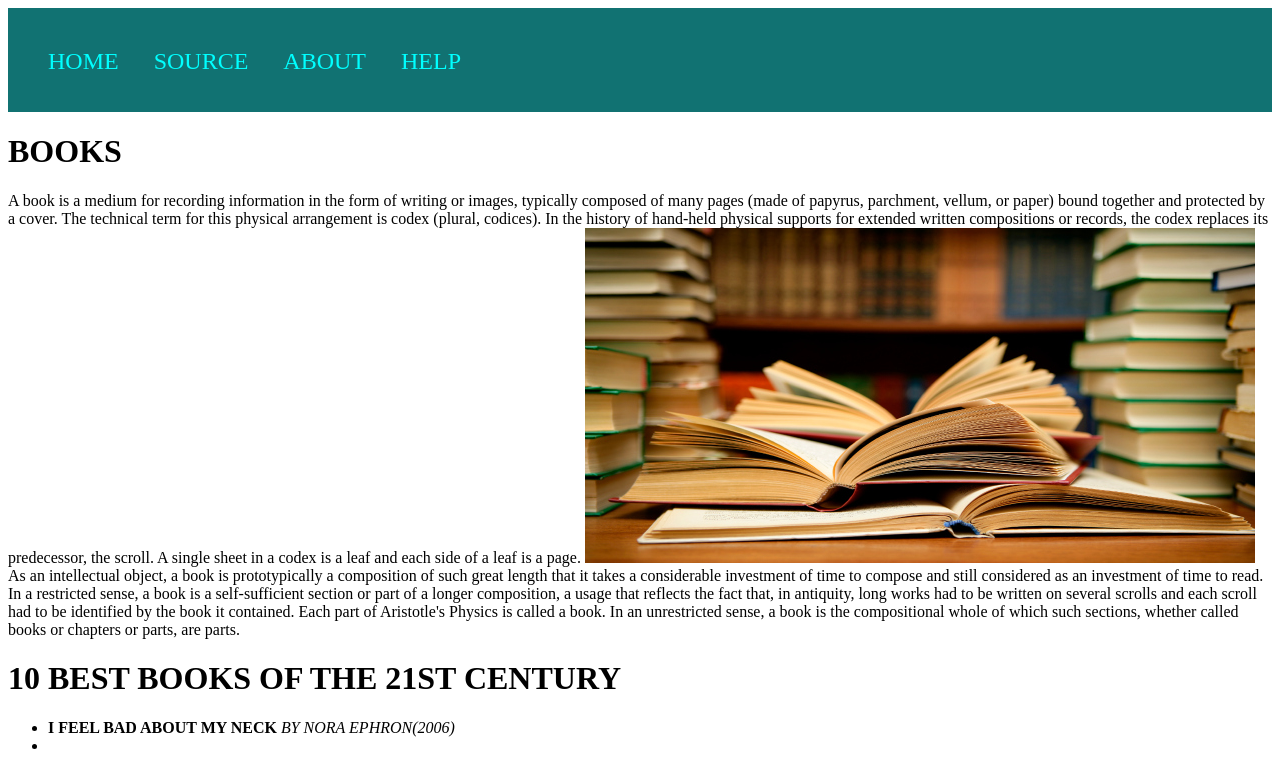
Repository: Hanan-arts/websites
Page: 01 web design/website.html
The author's editor kept a copy of each file at every save. The page is drawn from the files as they stood at one save, then again after a run of saves.
The browser window is 1280 px wide. The pictures show the whole page.

Above is the page before, as saved 2021-02-13 21:25:51.

After the next 3 saves:
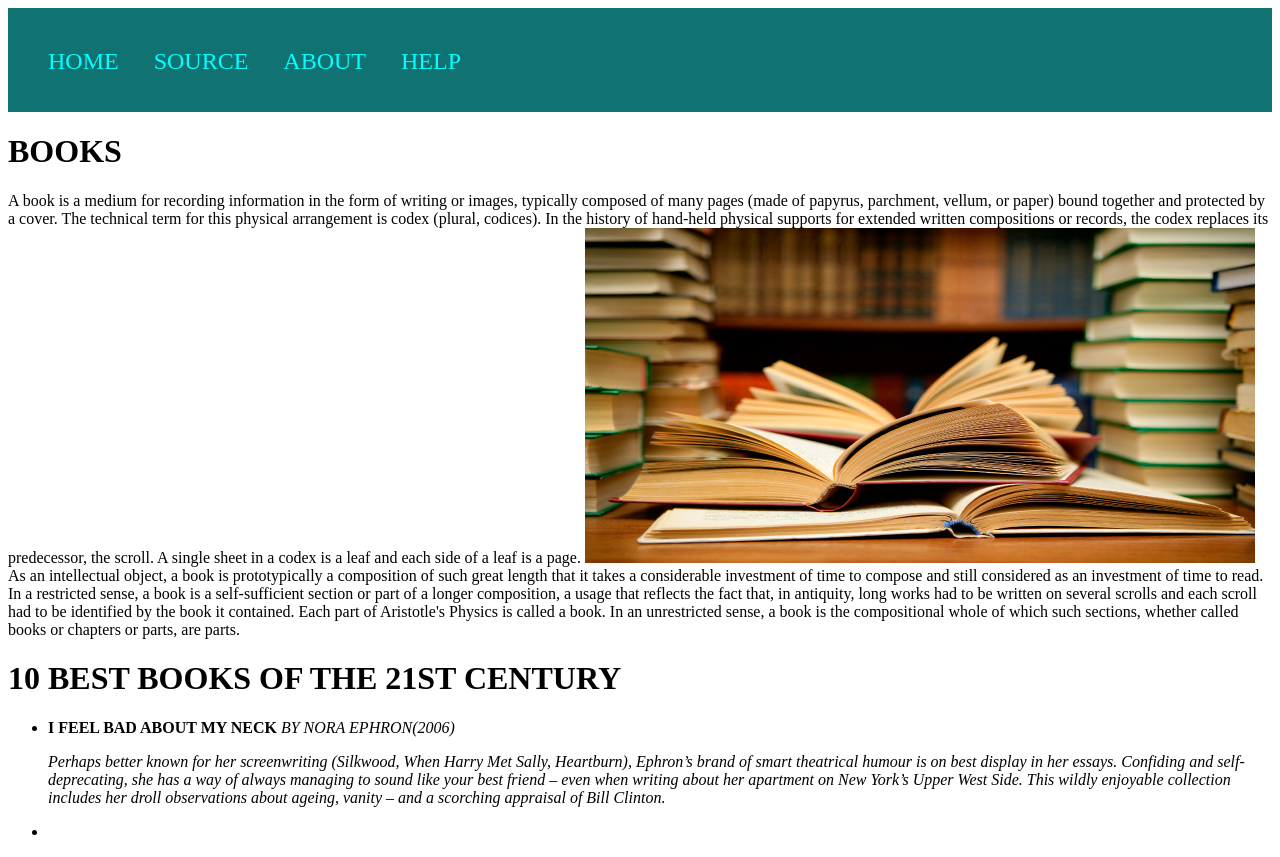
The 3 saves are shown as one change because they came seconds apart.
The last was saved 8 s later.
--- a/01 web design/website.html
+++ b/01 web design/website.html
@@ -52,7 +52,7 @@ are parts.
     <div>
         <ul>
             <li><b>I FEEL BAD ABOUT MY NECK     </b> <i>BY NORA EPHRON(2006)
-
+                <p>Perhaps better known for her screenwriting (Silkwood, When Harry Met Sally, Heartburn), Ephron’s brand of smart theatrical humour is on best display in her essays. Confiding and self-deprecating, she has a way of always managing to sound like your best friend – even when writing about her apartment on New York’s Upper West Side. This wildly enjoyable collection includes her droll observations about ageing, vanity – and a scorching appraisal of Bill Clinton.</p>
 
             </i></li>
             <li></li>
